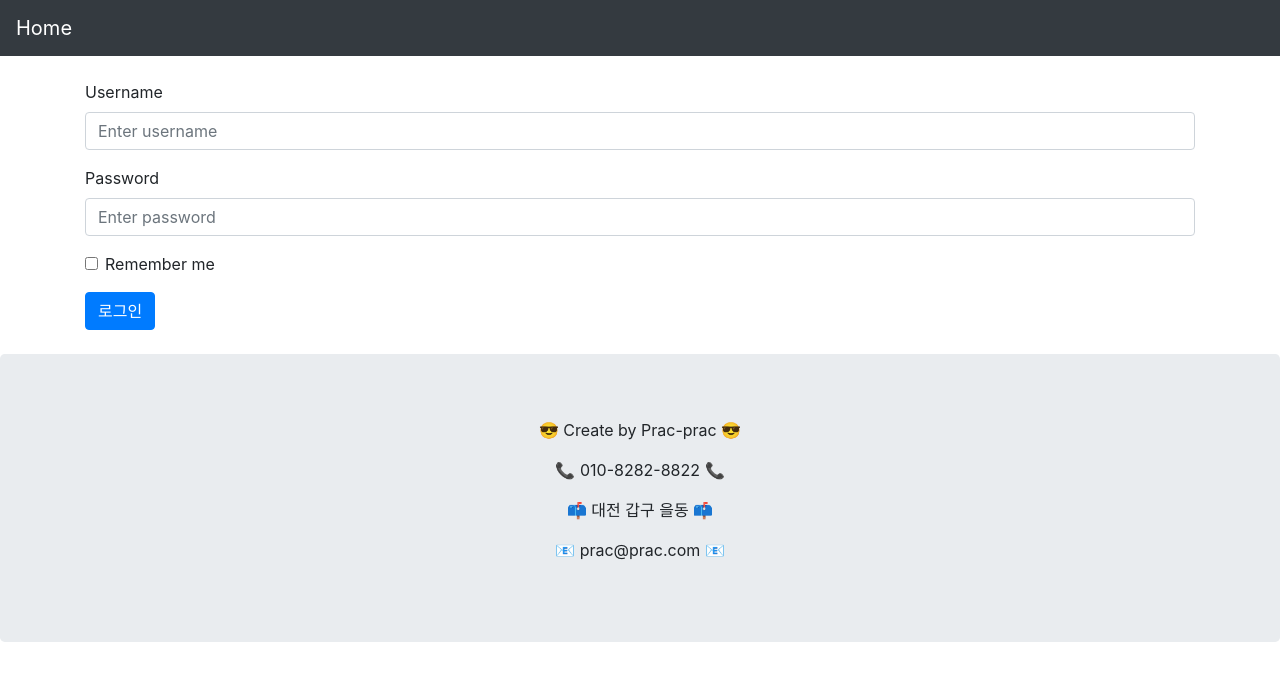
Repository: Prac-prac/Springboot-JPA-blog
Page: http://localhost/blog/WEB-INF/views/user/loginForm.jsp
An editor plug-in stored every save of this project. The page is shown before and after a run of saves, followed by the edit.
The browser window is 1280 px wide. The pictures show the whole page.
The page is served by Tomcat 9. Nobody is signed in. The template is opened directly, without the code that normally fills it, so the values that code supplies are empty.

Above is the page before, as saved 2021-08-24 02:46:38.

After the next 2 saves:
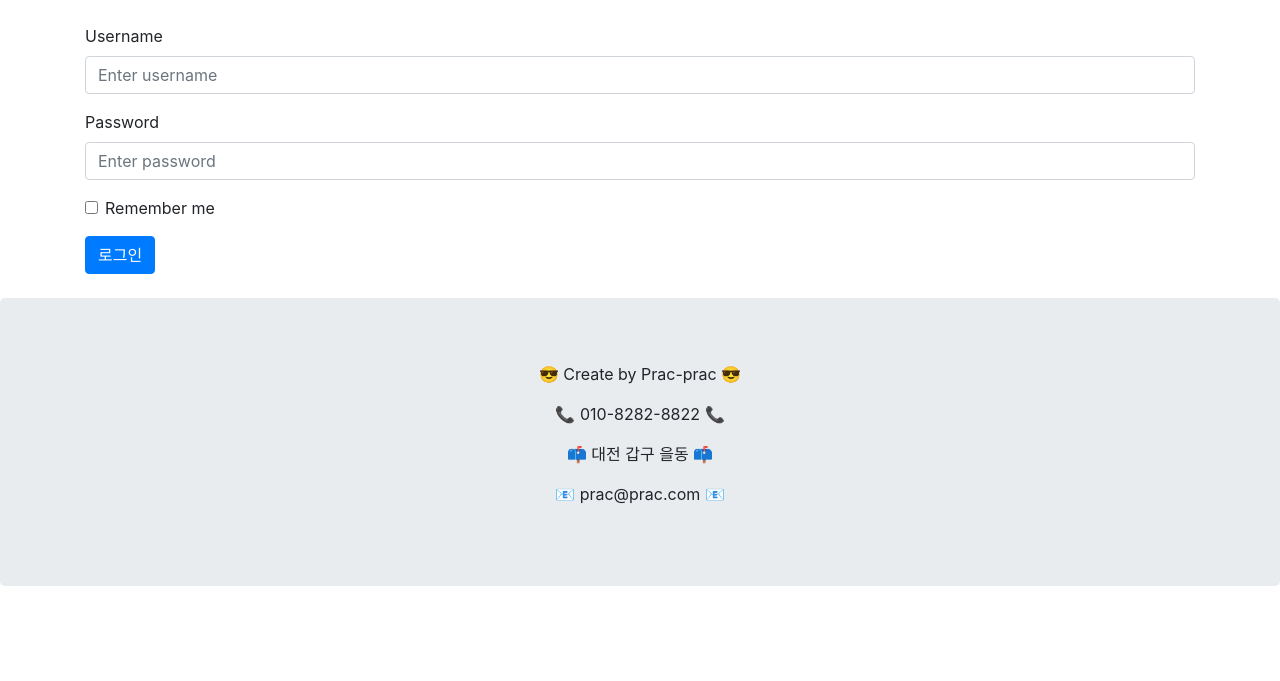
The 2 saves are shown as one change because 1 did not build or start.
The last was saved 87 s later.
--- a/blog/src/main/webapp/WEB-INF/views/layout/header.jsp
+++ b/blog/src/main/webapp/WEB-INF/views/layout/header.jsp
@@ -8,7 +8,7 @@
 	</script>
 <!-- (시큐리티)principal : 현재 사용자를 나타내는 객체에 직접 접근  -->
 <!-- jsp짤막 var 해당 페이지에서 사용할 수 있는 변수로 등록됨 -->
-<!-- 	<sec:authentication property="principal"  var="principal"  />   -->
+ 	<sec:authentication property="principal"  var="principal"  />
 </sec:authorize>
 
 <!DOCTYPE html>
@@ -25,13 +25,6 @@
 </head>
 <body>
 
-	<nav class="navbar navbar-expand-md bg-dark navbar-dark">
-		<a class="navbar-brand" href="/">Home</a>
-		<button class="navbar-toggler" type="button" data-toggle="collapse" data-target="#collapsibleNavbar">
-			<span class="navbar-toggler-icon"></span>
-		</button>
-		<div class="collapse navbar-collapse" id="collapsibleNavbar">
-
 
 
 		</div>
